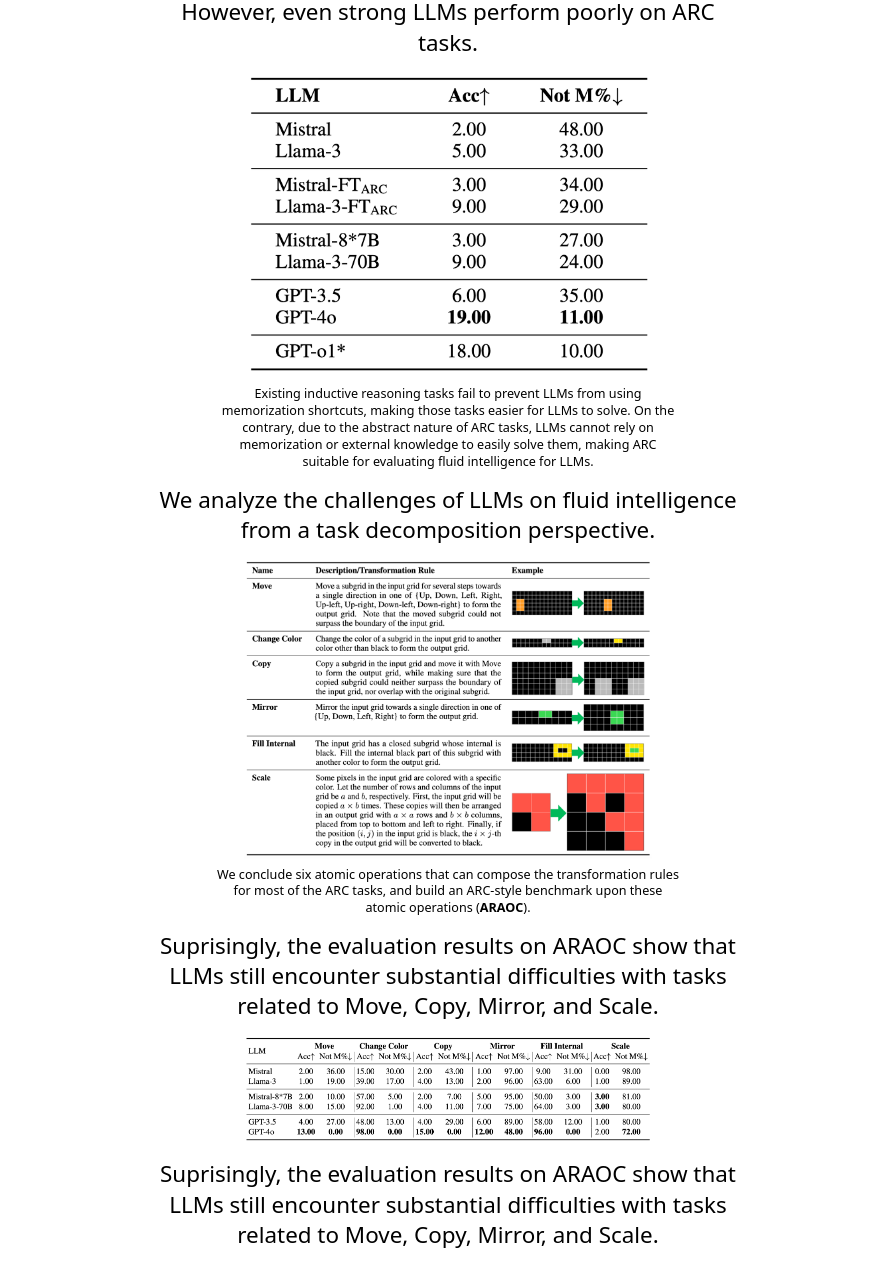
Repository: wujunjie1998/araoc-benchmark.github.io
Page: index.html
These files come from the project's save history. The page is drawn as it stood at one moment and after the next save; the edit follows.
The browser window is 1280 px wide. The pictures show the part of the page from y = 1283 to 3203 px (the page is 3117 px tall before and 3203 px after), at 70% of full size.

Above is the page before, as saved 2025-02-07 22:39:44.

### index.html
<html>
  <head>
    <title>
      Understanding LLMs’ Fluid Intelligence Deficiency: An Analysis of the ARC Task
    </title>
    <link
      rel="icon"
      href="data:[embedded picture, 137 characters]"
    />
    <meta charset="UTF-8" />
    <meta name="viewport" content="width=device-width, initial-scale=1" />
    <link rel="stylesheet" href="./css/index.css" />
  </head>

  <body>
    <div class="header">
      <div class="paper-title">
        Understanding LLMs’ Fluid Intelligence Deficiency:
        <br />
        An Analysis of the ARC Task
      </div>
      <div>
        <!-- * Paper -->
        <span class="link-block">
          <a target="_blank" href="./paper.pdf"
            ><img
              class="badge"
              src="https://img.shields.io/badge/Paper-PDF-red?&labelColor=lightgray&logo=arxiv&logoColor=brown" /><img
          /></a>
        </span>
        <!-- * Dataset -->
        <!--
        <span class="link-block">
          <a
            target="_blank"
            href="https://huggingface.co/datasets/ShunchiZhang/PhysiCo/"
            ><img
              class="badge"
              src="https://img.shields.io/badge/HuggingFace-Dataset-yellow?labelColor=lightgray&logo=huggingface" /><img
          /></a>
        </span>
        -->

        <!-- * Code -->
         <!--
        <span class="link-block">
          <a target="_blank" href="https://github.com/physico-benchmark/physico"
            ><img
              class="badge"
              src="https://img.shields.io/badge/GitHub-Code-gray?labelColor=lightgray&logo=github&logoColor=gray" /><img /></a
        ></span>
        -->
        <!-- * Leaderboard -->
        <!--
        <span class="link-block">
          <a href="./leaderboard.html"
            ><img
              class="badge"
              src="https://img.shields.io/badge/Leaderboard-Visit-blue?labelColor=lightgray&logo=stackblitz&logoColor=367BAF" /><img /></a
        ></span>
        -->
        <!-- * X Threads -->
        <!--
        <span class="link-block">
          <a href="https://x.com/jieeijjie/status/1876713099752861782"
            ><img
              class="badge"
              src="https://img.shields.io/badge/Threads-black?labelColor=lightgray&logo=x&logoColor=gray" /><img /></a
        ></span>
        -->

      </div>
      <div>
        <div class="author-list">
          <span class="author-block"
            ><a href="https://wujunjie1998.github.io/">Junjie Wu</a
            ><sup>1</sup></span
          >
          <span class="author-block"
            ><a href="https://sites.google.com/site/moyunlp/">Mo Yu</a
            ><sup>2</sup></span
          >
          <span class="author-block"
            ><a href="https://lemaoliu.github.io">Lemao Liu</a
            ><sup>2</sup></span
          >
          <span class="author-block"
            ><a href="https://sites.google.com/view/dyyeung">Dit-Yan Yeung</a
            ><sup>1</sup></span
          >
          <span class="author-block"
            ><a href="https://openreview.net/profile?id=~Jie_Zhou8">Jie Zhou</a
            ><sup>2</sup></span
          >
        </div>
        <div class="inst-list">
          <span class="institution-block"><sup>1</sup> Hong Kong University of Science and Technology</span>
          <span class="institution-block"><sup>2</sup> WeChat AI</span>
        </div>
      </div>
    </div>
    <!--
    <div class="teaser">
      <center>
        <img src="./img/teaser.png" />
        <figcaption>
          Illustration of a "Stochastic Parrot 🦜" by our
          <span class="dataset-name">PhysiCo</span> task consisting of both
          <b style="color: #a47b48">low-level</b> and
          <b style="color: #153cf9">high-level</b> subtasks in parallel. For a
          concept <i>Gravity</i>, an LLM can generate its accurate description
          in natural language, but cannot interpret its grid-format
          illustration.
        </figcaption>
      </center>
    </div>
  -->
    <hr />

    <!-- ^ Summary of Our Research -->
    <center><h1>Summary of Our Research</h1></center>
    <div class="content">
      <!-- <p style="font-size: large; text-align: center">
        <b>TL;DR:</b>
      </p> -->
      <p>
        While LLMs have exhibited strong performance on various NLP tasks, it is noteworthy that most of these tasks rely on utilizing the vast amount of knowledge encoded in LLMs’ parameters, rather than solving new problems without prior knowledge. In cognitive research, the latter ability is referred to as <strong>fluid intelligence</strong>, which is considered to be critical for assessing human intelligence. Recent research on fluid intelligence assessments has highlighted significant deficiencies in LLMs’ abilities. In this paper, we analyze the challenges LLMs face in demonstrating fluid intelligence through controlled experiments, using the most representative ARC task as an example. Our study revealed three major limitations in existing LLMs:
      </p>
      <ol>
        <li>limited ability for skill composition;</li>
        <li>
          unfamiliarity with abstract input formats;
        </li>
        <li>
          the intrinsic deficiency of left-to-right decoding.
        </li>
      </ol>
    </div>


    <!-- ^ Our Studies and Findings -->
    <center><h1>The Abstraction and Reasoning Challenge (ARC) is suitable for evaluating fluid intelligence for LLMs.</h1></center>
    <div class="content">
      <!-- <p>Foo Bar</p> -->
      <center>
        <img src="./img/fluid1.png" width="70%" />
        <figcaption style="text-align: center">
          Existing inductive reasoning tasks fail to prevent LLMs from using memorization shortcuts, making those tasks easier for LLMs to solve. On the contrary, due to the abstract nature of ARC tasks, LLMs cannot rely on memorization or external knowledge to easily solve them, making ARC suitable for evaluating fluid intelligence for LLMs.
        </figcaption>
      </center>
    </div>


    <!-- ^ Our Studies and Findings -->
    <center><h1>However, even strong LLMs perform poorly on ARC tasks.</h1></center>
    <div class="content">
      <!-- <p>Foo Bar</p> -->
      <center>
        <img src="./img/fluid2.png" width="70%" />
        <figcaption style="text-align: center">
          Existing inductive reasoning tasks fail to prevent LLMs from using memorization shortcuts, making those tasks easier for LLMs to solve. On the contrary, due to the abstract nature of ARC tasks, LLMs cannot rely on memorization or external knowledge to easily solve them, making ARC suitable for evaluating fluid intelligence for LLMs.
        </figcaption>
      </center>
    </div>

    <!-- ^ Our Studies and Findings -->
    <center><h1>We analyze the challenges of LLMs on fluid intelligence from a task decomposition perspective. </h1></center>
    <div class="content">
      <!-- <p>Foo Bar</p> -->
      <center>
        <img src="./img/fluid3.png" width="70%" />
        <figcaption style="text-align: center">
          We conclude six atomic operations that can compose the transformation rules for most of the ARC tasks, and build an ARC-style benchmark upon these atomic operations (<strong>ARAOC</strong>).
        </figcaption>
      </center>
    </div>

    <!-- ^ Our Studies and Findings -->
    <center><h1>Suprisingly, the evaluation results on ARAOC show that LLMs still encounter substantial difficulties with tasks related to Move, Copy, Mirror, and Scale.</h1></center>
    <div class="content">
      <!-- <p>Foo Bar</p> -->
      <center>
        <img src="./img/fluid4.png" width="70%" />
        <!--
        <figcaption style="text-align: center">

        </figcaption>
      </center>
    -->
    </div>

    <center><h1>Suprisingly, the evaluation results on ARAOC show that LLMs still encounter substantial difficulties with tasks related to Move, Copy, Mirror, and Scale.</h1></center>
    <div class="content">

  </body>
</html>

### css/index.css
@import url("https://fonts.googleapis.com/css2?family=Noto+Sans:ital,wght@0,100..900;1,100..900&display=swap");

body {
  font-family: "Noto Sans", sans-serif;
  font-optical-sizing: auto;
  font-style: normal;
  font-variation-settings: "wdth" 100;
  font-weight: 400;
  font-size: 18px;
  margin: 50px auto;
  width: 65%;
}

div.header,
div.teaser,
div.content {
  margin-left: auto;
  margin-right: auto;
}

div.narrower {
  width: 80% !important;
}

div.header div {
  margin: 6px;
  text-align: center;
}

div.teaser img {
  max-width: 60%;
}

.paper-title {
  font-size: 36px;
}

.author-block {
  font-size: 20px;
  margin: 0px 12px;
}

.institution-block {
  font-size: 16px;
  margin: 0px 10px;
}

.note-block {
  color: gray;
  font-size: 16px;
}

.link-block {
  font-size: 24px;
  font-weight: bold;
  margin: 0px 5px;
}

.badge {
  width: auto;
  height: 2vw;
}

.dataset-name {
  font-weight: bold;
  color: #81a526;
}

h1 {
  font-size: 32px;
  font-weight: 300;
}

.disclaimerbox {
  background-color: #eee;
  border: 1px solid #eeeeee;
  border-radius: 10px;
  -moz-border-radius: 10px;
  -webkit-border-radius: 10px;
  padding: 20px;
}

video.header-vid {
  height: 140px;
  border: 1px solid black;
  border-radius: 10px;
  -moz-border-radius: 10px;
  -webkit-border-radius: 10px;
}

figcaption {
  margin: 10px 0px;
  width: 80%;
  text-align: left;
}

img.header-img {
  height: 140px;
  border: 1px solid black;
  border-radius: 10px;
  -moz-border-radius: 10px;
  -webkit-border-radius: 10px;
}

img.rounded {
  border: 1px solid #eeeeee;
  border-radius: 10px;
  -moz-border-radius: 10px;
  -webkit-border-radius: 10px;
}

a:link,
a:visited {
  color: #1367a7;
  text-decoration: none;
}
a:hover {
  color: #208799;
}

td.dl-link {
  height: 160px;
  text-align: center;
  font-size: 22px;
}

.vert-cent {
  position: relative;
  top: 50%;
  transform: translateY(-50%);
}

hr {
  border: 0;
  height: 1px;
  background-image: linear-gradient(
    to right,
    rgba(0, 0, 0, 0),
    rgba(0, 0, 0, 0.75),
    rgba(0, 0, 0, 0)
  );
}

.citation {
  text-align: left;
  font-family: monospace;
  font-size: 8pt;
  text-wrap: auto;
}

@media screen and (max-width: 1120px) {
  body {
    font-size: 16px;
    width: 90%;
  }
  div.teaser img {
    max-width: 100%;
  }
  .paper-title {
    font-size: 26px;
  }
  .author-block,
  .institution-block,
  .note-block {
    font-size: 14px;
  }
  .link-block {
    font-size: 20px;
  }
  .badge {
    width: auto;
    height: 28px;
    margin-top: 3px;
    margin-bottom: 3px;
  }
  h1 {
    font-size: 26px;
  }
}

After the next save:
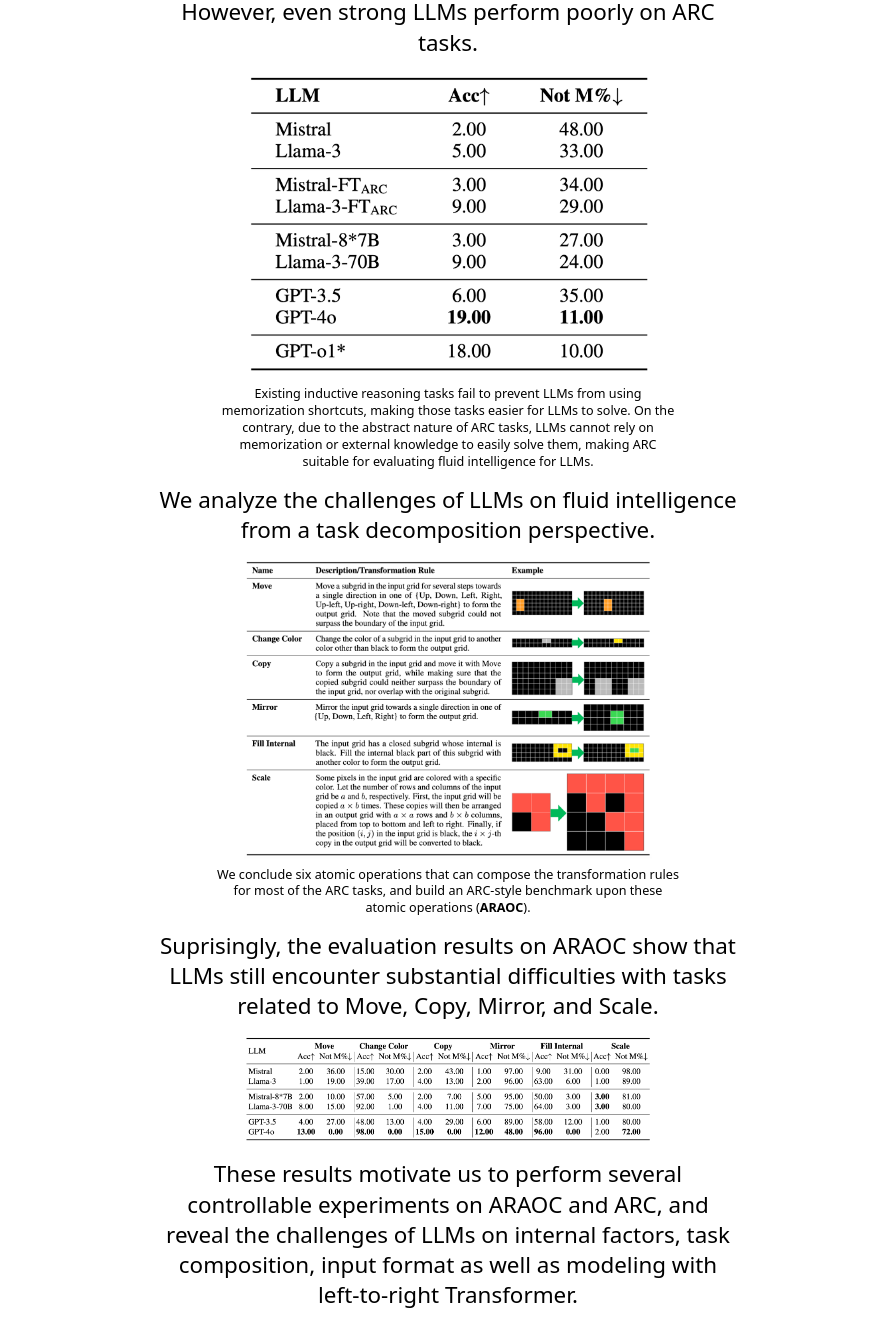
Saved 72 s later.
--- a/index.html
+++ b/index.html
@@ -189,7 +189,7 @@
     -->
     </div>
 
-    <center><h1>Suprisingly, the evaluation results on ARAOC show that LLMs still encounter substantial difficulties with tasks related to Move, Copy, Mirror, and Scale.</h1></center>
+    <center><h1>These results motivate us to perform several controllable experiments on ARAOC and ARC, and reveal the challenges of LLMs on internal factors, task composition, input format as well as modeling with left-to-right Transformer.</h1></center>
     <div class="content">
 
   </body>
